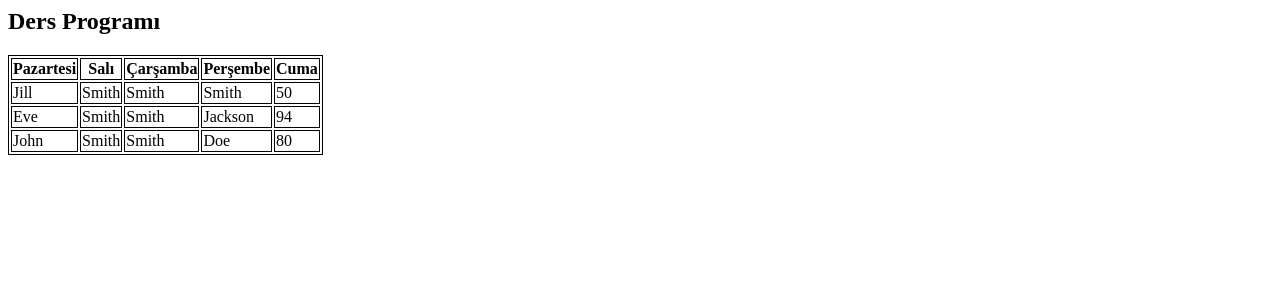
Repository: ahmetbugraozcan/css-ders-programi
Page: deneme.html
The author's editor kept a copy of each file at every save. The page is drawn from the files as they stood at one save, then again after a run of saves.
The browser window is 1280 px wide. The pictures show the whole page.

Above is the page before, as saved 2021-07-07 15:39:53.

After the next 2 saves:
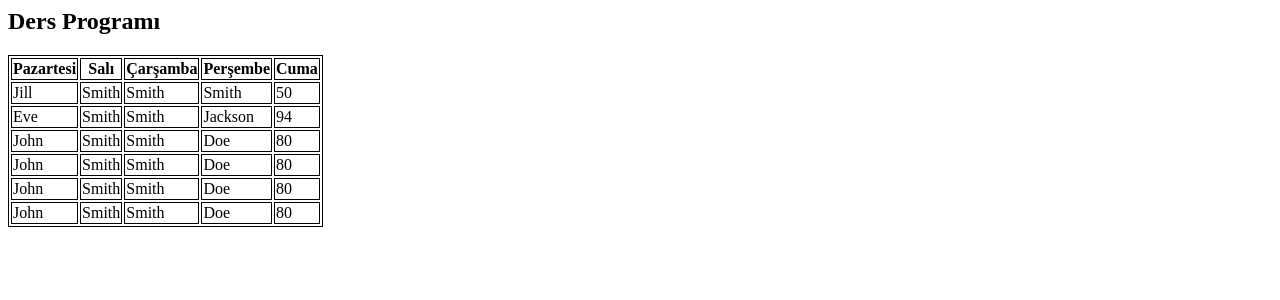
The 2 saves are shown as one change because they came seconds apart.
The last was saved 22 s later.
--- a/deneme.html
+++ b/deneme.html
@@ -45,6 +45,27 @@
             <td>Doe</td>
             <td>80</td>
         </tr>
+        <tr>
+            <td>John</td>
+            <td>Smith</td>
+            <td>Smith</td>
+            <td>Doe</td>
+            <td>80</td>
+        </tr>
+        <tr>
+            <td>John</td>
+            <td>Smith</td>
+            <td>Smith</td>
+            <td>Doe</td>
+            <td>80</td>
+        </tr>
+        <tr>
+            <td>John</td>
+            <td>Smith</td>
+            <td>Smith</td>
+            <td>Doe</td>
+            <td>80</td>
+        </tr>
     </table>
 </body>
 
